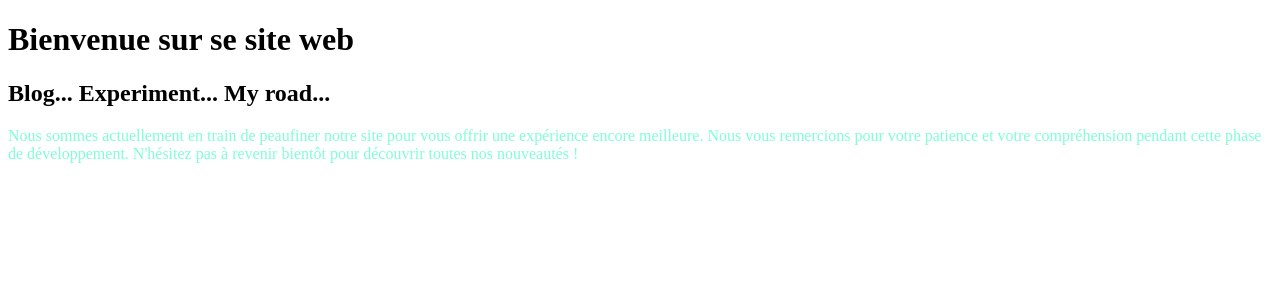
Repository: ValetteEvan/PersonalWebApp
Page: index.html
The author's editor kept a copy of each file at every save. The page is drawn from the files as they stood at one save, then again after the next save.
The browser window is 1280 px wide. The pictures show the whole page.

Above is the page before, as saved 2025-01-07 17:31:31.

### index.html
<!DOCTYPE html>
<html>

    <head>
        <meta charset="utf-8" />
        <title>Valette Evan</title>
        <link href="style.css" rel="stylesheet">
    </head>

    <body>
        <h1>Bienvenue sur se site web</h1>
        <h2>Blog... Experiment... My road...</h2>
        <p class="firstParagraph">Nous sommes actuellement en train de peaufiner notre site pour
            vous offrir une expérience encore meilleure. Nous vous remercions
            pour votre patience et votre compréhension pendant cette phase de
            développement. N'hésitez pas à revenir bientôt pour découvrir toutes nos nouveautés !
        </p>
    </body>
</html>

### style.css
h1 {

}

p {
    color:aquamarine;
}

After the next save:
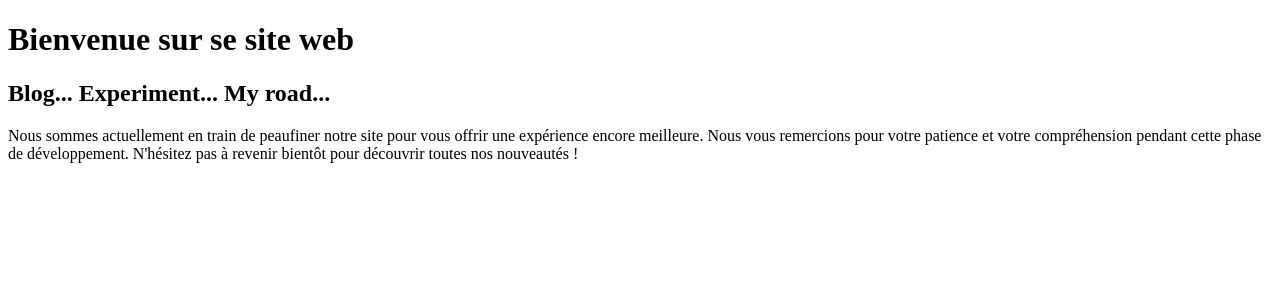
Saved 6 s later.
--- a/style.css
+++ b/style.css
@@ -2,6 +2,6 @@
 
 }
 
-p {
+firstParagraph {
     color:aquamarine;
 }

After the save that followed:
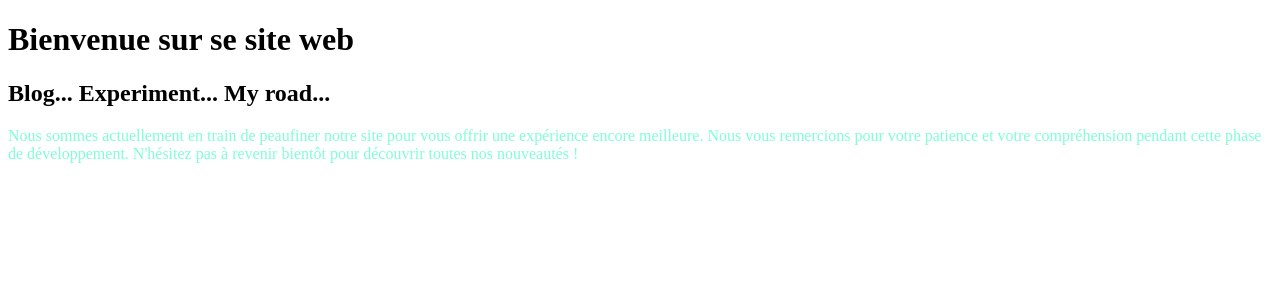
Saved 8 s later.
--- a/style.css
+++ b/style.css
@@ -2,6 +2,6 @@
 
 }
 
-firstParagraph {
+.firstParagraph {
     color:aquamarine;
 }
